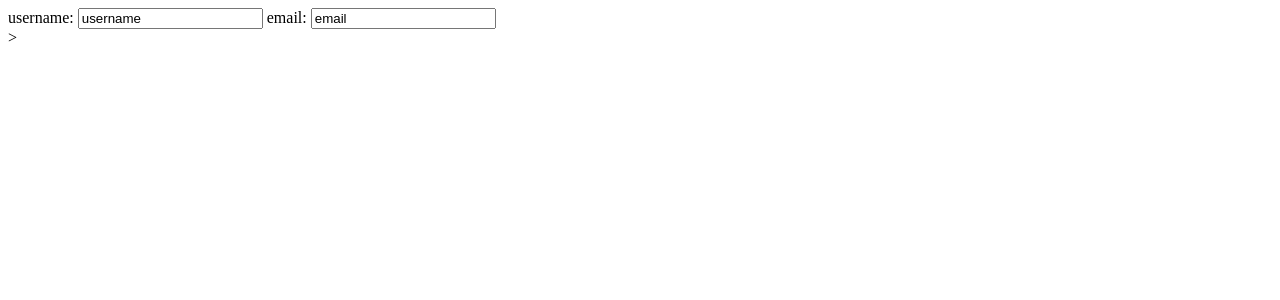
Repository: ravikumar0303/Advance-Java
Page: Assignment/OnlineExam/Login.html
The author's editor kept a copy of each file at every save. The page is drawn from the files as they stood at one save, then again after the next save.
The browser window is 1280 px wide. The pictures show the whole page.

Above is the page before, as saved 2023-06-23 04:51:28.

### Assignment/OnlineExam/Login.html
<!DOCTYPE html>
<html>
<head>
<meta charset="ISO-8859-1">
<title>login</title>
</head>
<body>
       <form>
       username: <input type="text" value="username" name="username"></input>
       email: <input type="text" value="email" name="email"></input>



       </form>>
</body>
</html>

After the next save:
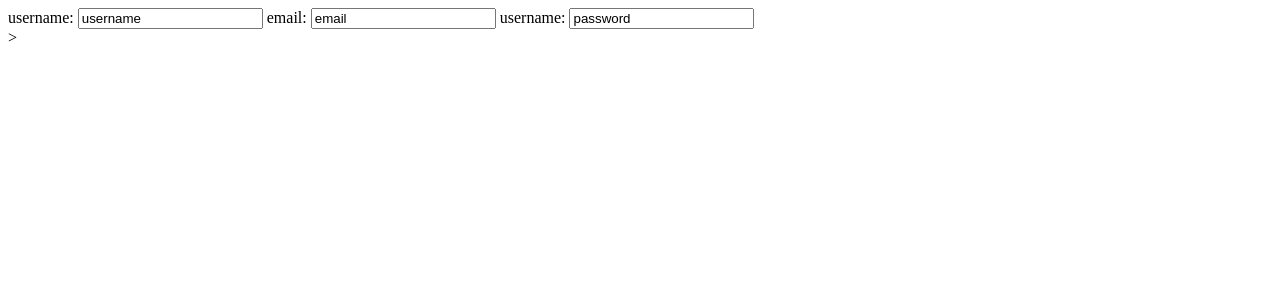
Saved 23 s later.
--- a/Assignment/OnlineExam/Login.html
+++ b/Assignment/OnlineExam/Login.html
@@ -8,6 +8,7 @@
        <form>
        username: <input type="text" value="username" name="username"></input>
        email: <input type="text" value="email" name="email"></input>
+       username: <input type="text" value="password" name="password"></input>
 
 
 
